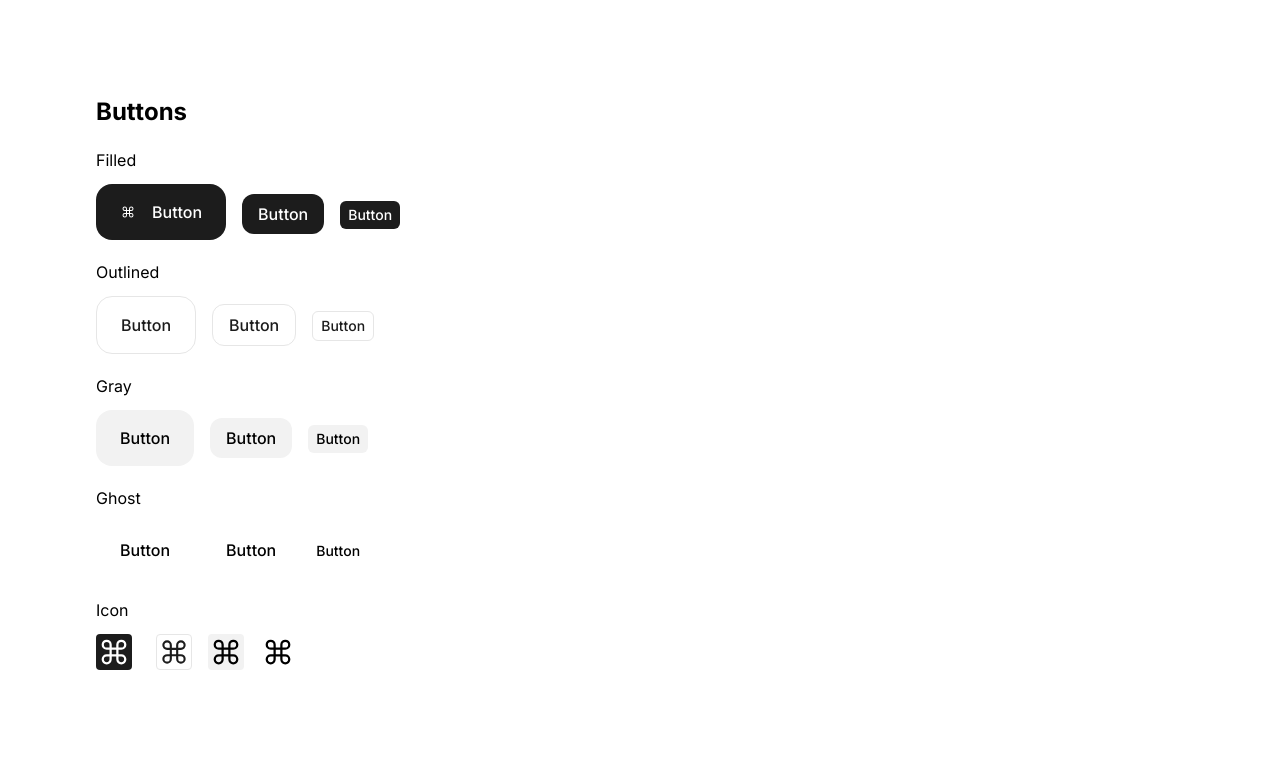
Repository: ggonzaga29/polarized-dashboard
Page: /
The author's editor kept a copy of each file at every save. The page is drawn from the files as they stood at one save, then again after the next save.
The browser window is 1280 px wide. The pictures show the whole page.
The project was rebuilt for these pictures with package versions that can differ from the ones it lists, and the page was loaded fresh each time. The framework's server and built-in components were replaced by stand-ins that run in the browser. Also part of the build but not shown: next.config.js.

Above is the page before, as saved 2023-08-04 00:53:58.

### src/app/layout.jsx
import './globals.css';
import { Inter } from 'next/font/google';
import { ThemeProvider } from '@/context/theme-provider';

const inter = Inter({ subsets: ['latin'] });

export const metadata = {
  title: 'Polarized | Dashboard',
};

export default function RootLayout({ children }) {
  return (
    <html lang="en">
      <body className={inter.className}>
        <ThemeProvider attribute="class" defaultTheme="system" enableSystem>
          {children}
        </ThemeProvider>
      </body>
    </html>
  );
}

### src/app/page.jsx
'use client';

import { Button } from '@/components/ui/button';
import { Command } from '@phosphor-icons/react';

export default function Home() {
  return (
    <main className="min-h-screen flex-col items-center justify-between p-24 space-y-5">
      <h1 className="text-2xl font-bold">Buttons</h1>
      <div>
        <h2>Filled</h2>
        <div className="space-x-4 mt-3">
          <Button variant="filled" size="lg">
						<Command className="h-4 w-4 mr-2"></Command>
            Button
          </Button>
          <Button variant="filled" size="md">
            Button
          </Button>
          <Button variant="filled" size="sm">
            Button
          </Button>
        </div>
      </div>
      <div>
        <h2>Outlined</h2>
        <div className="space-x-4 mt-3">
          <Button variant="outlined" size="lg">
            Button
          </Button>
          <Button variant="outlined" size="md">
            Button
          </Button>
          <Button variant="outlined" size="sm">
            Button
          </Button>
        </div>
      </div>
      <div>
        <h2>Gray</h2>
        <div className="space-x-4 mt-3">
          <Button variant="gray" size="lg">
            Button
          </Button>
          <Button variant="gray" size="md">
            Button
          </Button>
          <Button variant="gray" size="sm">
            Button
          </Button>
        </div>
      </div>
      <div>
        <h2>Ghost</h2>
        <div className="space-x-4 mt-3">
          <Button variant="ghost" size="lg">
            Button
          </Button>
          <Button variant="ghost" size="md">
            Button
          </Button>
          <Button variant="ghost" size="sm">
            Button
          </Button>
        </div>
      </div>
      <div>
        <h2>Icon</h2>
        <div className="space-x-4 mt-3">
          <Button variant="filled" size="icon" asChild>
            <Command className="h-6 w-6 mr-2" />
          </Button>
          <Button variant="outlined" size="icon" asChild>
            <Command className="h-6 w-6" />
          </Button>
          <Button variant="gray" size="icon" asChild>
            <Command className="h-6 w-6" />
          </Button>
          <Button variant="ghost" size="icon" asChild>
            <Command className="h-6 w-6" />
          </Button>
        </div>
      </div>
    </main>
  );
}

### src/app/globals.css
@tailwind base;
@tailwind components;
@tailwind utilities;

@layer base {
  :root {
    /* --background: 0 0% 100%;
    --foreground: 240 10% 3.9%;

    --muted: 240 4.8% 95.9%;
    --muted-foreground: 240 3.8% 46.1%;

    --popover: 0 0% 100%;
    --popover-foreground: 240 10% 3.9%;

    --card: 0 0% 100%;
    --card-foreground: 240 10% 3.9%;

    --border: 240 5.9% 90%;
    --input: 240 5.9% 90%;

    --primary: 240 5.9% 10%;
    --primary-foreground: 0 0% 98%;

    --secondary: 240 4.8% 95.9%;
    --secondary-foreground: 240 5.9% 10%;

    --accent: 240 4.8% 95.9%;
    --accent-foreground: 240 5.9% 10%;

    --destructive: 0 84.2% 60.2%;
    --destructive-foreground: 0 0% 98%;

    --ring: 240 5% 64.9%;

    --radius: 0.5rem; */

    /* 1C1C1C */
    /* Black shades */
    --shade-100: hsl(0, 0%, 11%);
    --shade-80: hsl(0, 0%, 20%);
    --shade-40: hsl(0, 0%, 40%);
    --shade-20: hsl(0, 0%, 60%);
    --shade-10: hsl(0, 0%, 90%);
    --shade-5: hsl(0, 0%, 95%);

    /* White tints */
    --tint-100: hsl(0, 0%, 100%);
    --tint-80: hsl(0, 0%, 80%);
    --tint-40: hsl(0, 0%, 60%);
    --tint-20: hsl(0, 0%, 40%);
    --tint-10: hsl(0, 0%, 20%);
    --tint-5: hsl(0, 0%, 10%);

    /* F7F9FB */
    --primary-light: hsl(210, 50%, 98%);
    /* E3F5FF */
    --primary-blue: hsl(210, 90%, 95%);
    /* E5ECF6 */
    --primary-purple: hsl(240, 20%, 90%);
    /* 1C1C1C */
    --primary-brand: hsl(0, 0%, 11%);

    /* 95A4FC */
    --secondary-purple-a: hsl(240, 60%, 75%);
    /* A8C5DA */
    --secondary-blue-a: hsl(200, 30%, 75%);
    /* E3F5FF */
    --secondary-blue-b: hsl(210, 90%, 95%);
    /* A1E3CB */
    --secondary-green-a: hsl(160, 70%, 75%);
    /* BAEDBD */
    --secondary-green-b: hsl(100, 40%, 75%);
    /* FFE999 */
    --secondary-yellow: hsl(50, 100%, 75%);
    /* FF4747 */
    --secondary-red: hsl(0, 100, 64);
  }

  .dark {
    /* --background: 240 10% 3.9%;
    --foreground: 0 0% 98%;

    --muted: 240 3.7% 15.9%;
    --muted-foreground: 240 5% 64.9%;

    --popover: 240 10% 3.9%;
    --popover-foreground: 0 0% 98%;

    --card: 240 10% 3.9%;
    --card-foreground: 0 0% 98%;

    --border: 240 3.7% 15.9%;
    --input: 240 3.7% 15.9%;

    --primary: 0 0% 98%;
    --primary-foreground: 240 5.9% 10%;

    --secondary: 240 3.7% 15.9%;
    --secondary-foreground: 0 0% 98%;

    --accent: 240 3.7% 15.9%;
    --accent-foreground: 0 0% 98%;

    --destructive: 0 62.8% 30.6%;
    --destructive-foreground: 0 85.7% 97.3%;

    --ring: 240 3.7% 15.9%; */
  }
}

### src/components/ui/button.jsx
import React from 'react';
import { Slot } from '@radix-ui/react-slot';
import { cva } from 'class-variance-authority';
import { twMerge } from 'tailwind-merge';

const button = cva(
  [
    'inline-flex items-center gap-2 justify-center font-medium transition-colors disabled:pointer-events-none disabled:opacity-50',
  ],
  {
    variants: {
      variant: {
        filled: ['bg-primary-brand', 'text-white', 'hover:bg-tint-10'],
        outlined: [
          'border border-shade-10',
          'text-shade-100',
          'hover:border-shade-80',
        ],
        gray: ['bg-shade-5', 'text-black', 'hover:bg-shade-10'],
        ghost: ['text-black', 'hover:bg-shade-10'],
      },

      size: {
        sm: ['px-2', 'py-1', 'rounded-md', 'text-sm'],
        md: ['px-4', 'py-2', 'rounded-xl'],
        lg: ['px-6', 'py-4', 'rounded-2xl'],
        icon: ['w-9 h-9', 'rounded'],
      },
    },
    defaultVariants: {
      variant: 'filled',
      size: 'md',
    },
  },
);

const Button = ({ asChild, variant, size, className, children }) => {
  const Component = asChild ? Slot : 'button';

  return (
    <Component className={twMerge(button({ variant, size }), className)}>
      {children}
    </Component>
  );
};

Button.displayName = 'Button';

export { Button };

### tailwind.config.js
/** @type {import('tailwindcss').Config} */
module.exports = {
	darkMode: ["class"],
	content: [
		'./pages/**/*.{js,jsx}',
		'./components/**/*.{js,jsx}',
		'./app/**/*.{js,jsx}',
		'./src/**/*.{js,jsx}',
	],
	theme: {
		// container: {
		//   center: true,
		//   padding: "2rem",
		//   screens: {
		//     "2xl": "1400px",
		//   },
		// },
		extend: {
			colors: {

				// --black-100: hsl(0, 0%, 11%);
				// --black-80: hsl(0%, 11%, 80%);

				// --white-100: hsl(0, 0%, 100%);
				// --white-80: hsl(0, 0%, 80%);
				// --white-40: hsl(0, 0%, 40%);
				// --white-20: hsl(0, 0%, 20%);
				// --white-10: hsl(0, 0%, 10%);
				// --white-5: hsl(0, 0%, 5%);


				shade: {
					100: "var(--shade-100)",
					80: "var(--shade-80)",
					40: "var(--shade-40)",
					20: "var(--shade-20)",
					10: "var(--shade-10)",
					5: "var(--shade-5)",
				},

				tint: {
					100: "var(--tint-100)",
					80: "var(--tint-80)",
					40: "var(--tint-40)",
					20: "var(--tint-20)",
					10: "var(--tint-10)",
					5: "var(--tint-5)",
				},

				primary: {
					brand: "var(--primary-brand)",
				}


				// border: "hsl(var(--border))",
				// input: "hsl(var(--input))",
				// ring: "hsl(var(--ring))",
				// background: "hsl(var(--background))",
				// foreground: "hsl(var(--foreground))",
				// primary: {
				//   DEFAULT: "hsl(var(--primary))",
				//   foreground: "hsl(var(--primary-foreground))",
				// },
				// secondary: {
				//   DEFAULT: "hsl(var(--secondary))",
				//   foreground: "hsl(var(--secondary-foreground))",
				// },
				// destructive: {
				//   DEFAULT: "hsl(var(--destructive))",
				//   foreground: "hsl(var(--destructive-foreground))",
				// },
				// muted: {
				//   DEFAULT: "hsl(var(--muted))",
				//   foreground: "hsl(var(--muted-foreground))",
				// },
				// accent: {
				//   DEFAULT: "hsl(var(--accent))",
				//   foreground: "hsl(var(--accent-foreground))",
				// },
				// popover: {
				//   DEFAULT: "hsl(var(--popover))",
				//   foreground: "hsl(var(--popover-foreground))",
				// },
				// card: {
				//   DEFAULT: "hsl(var(--card))",
				//   foreground: "hsl(var(--card-foreground))",
				// },
			},
			borderRadius: {
				// lg: "var(--radius)",
				// md: "calc(var(--radius) - 2px)",
				// sm: "calc(var(--radius) - 4px)",
			},
			keyframes: {
				// "accordion-down": {
				//   from: { height: 0 },
				//   to: { height: "var(--radix-accordion-content-height)" },
				// },
				// "accordion-up": {
				//   from: { height: "var(--radix-accordion-content-height)" },
				//   to: { height: 0 },
				// },
			},
			animation: {
				// "accordion-down": "accordion-down 0.2s ease-out",
				// "accordion-up": "accordion-up 0.2s ease-out",
			},
		},
	},
	plugins: [require("tailwindcss-animate")],
}

Loaded but not shown: src/context/theme-provider.jsx (common file)

After the next save:
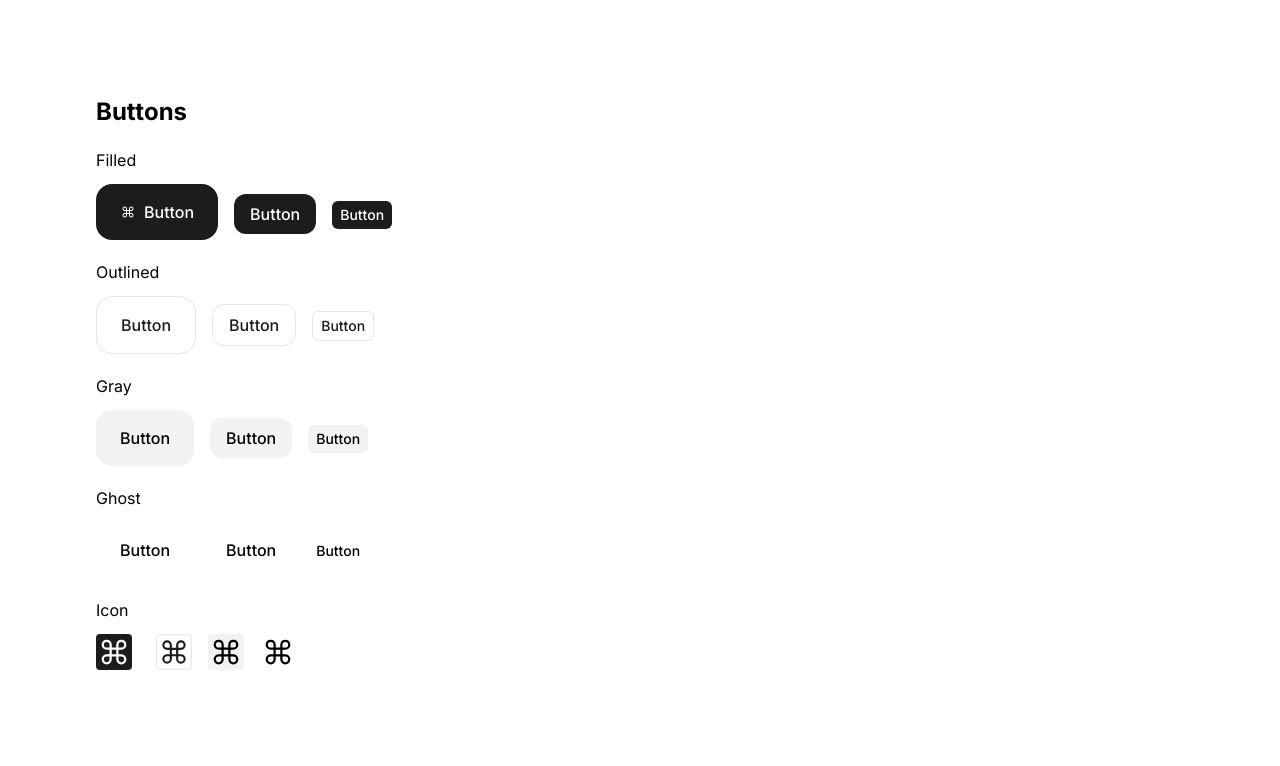
Saved 21 s later.
--- a/src/app/page.jsx
+++ b/src/app/page.jsx
@@ -11,7 +11,7 @@ export default function Home() {
         <h2>Filled</h2>
         <div className="space-x-4 mt-3">
           <Button variant="filled" size="lg">
-						<Command className="h-4 w-4 mr-2"></Command>
+						<Command className="h-4 w-4"></Command>
             Button
           </Button>
           <Button variant="filled" size="md">
